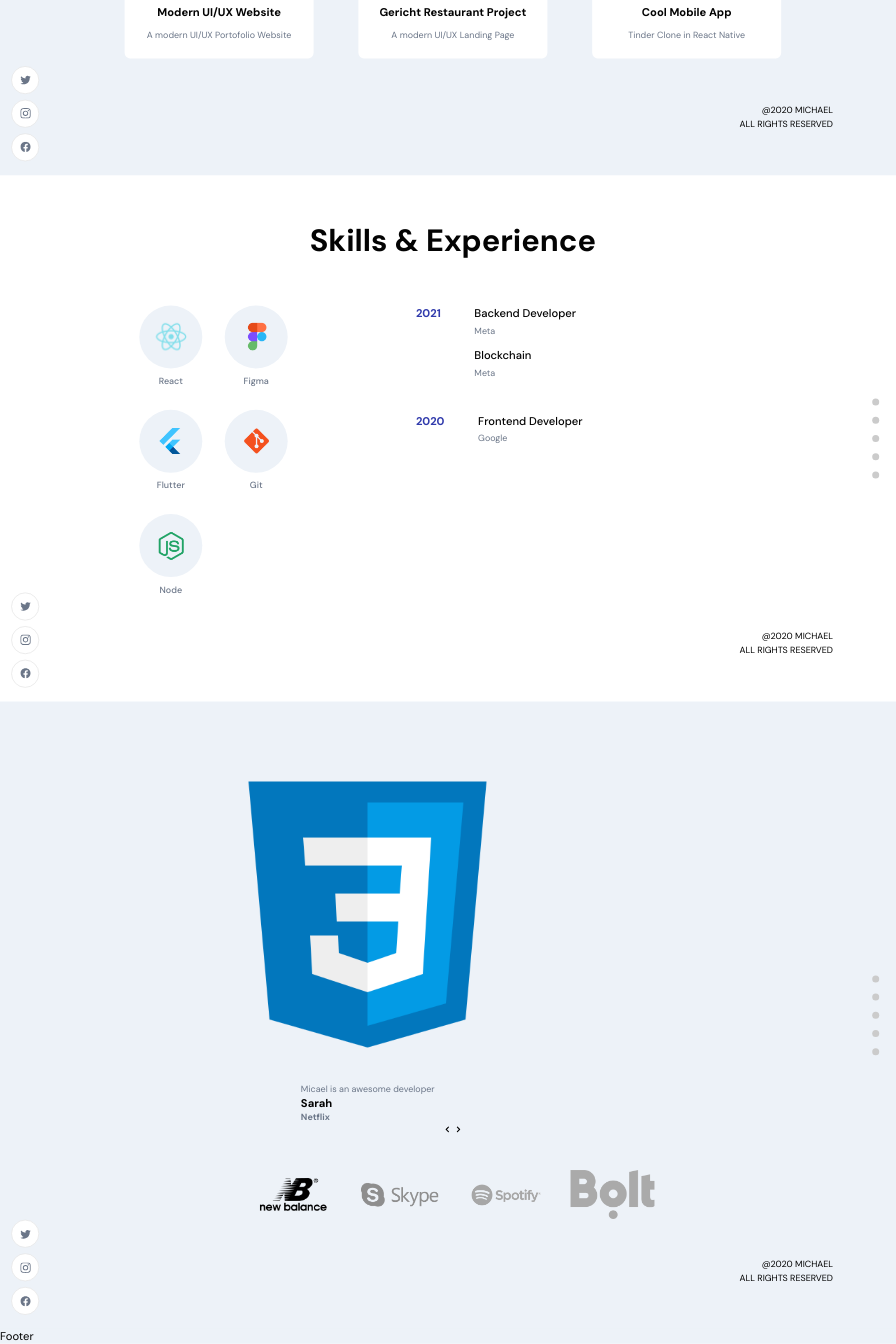
Repository: itbeginswithi/react_jsm_portfolio
Page: /
These files come from the project's save history. The page is drawn as it stood at one moment and after a run of saves; the edit follows.
The browser window is 1280 px wide. The pictures show the part of the page from y = 1988 to 3908 px (the page is 3908 px tall before and 3849 px after), at 70% of full size.
The project was rebuilt for these pictures with package versions that can differ from the ones it lists, and the page was loaded fresh each time. Also part of the build but not shown: src/containers/Footer/Footer.scss.

Above is the page before, as saved 2022-04-05 09:04:54.

### src/index.js
import React from 'react';
import {createRoot} from 'react-dom/client'

import './index.css';
import App from './App';

const container = document.getElementById('root');
const root = createRoot(container);
root.render(<App tab="home" />);

### src/App.jsx
import React from 'react'

import './App.scss'
import {Header, About, Work, Skills, Testimonials, Footer} from './containers'
import {Navbar} from './components'

const App = () => {
  return (
    <div className="app">
      <Navbar/>
      <Header/>
      <About/>
      <Work/>
      <Skills/>
      <Testimonials/>
      <Footer/>
    </div>
  )
}

export default App

### src/containers/About/About.jsx
import React from 'react'
import {motion, MotionValue} from 'framer-motion'

import './About.scss'
import { AppWrapper, MotionWrap } from '../../wrapper'
import {images} from '../../constants'

const abouts = [
  {
    title: 'Web Development',
    description: 'I am a good web developer',
    imgUrl: images.about01
  },
  {
    title: 'Frontend Development',
    description: 'I am good at developing the web',
    imgUrl: images.about02
  },
  {
    title: 'Backend Development',
    description: 'I am good at developing the web',
    imgUrl: images.about03
  },
  {
    title: 'Mern Stack',
    description: 'I am good at developing the web',
    imgUrl: images.about04
  },
]

const About = () => {
  return (
    <>
      <h2 className="head-text">
        I know That <span>Good Apps</span> <br/> means <span>Good Business</span>
      </h2>

      <div className="app__profiles">
        {abouts.map((about, index) => (
          <motion.div
            whileInView={{opacity: 1}}
            whileHover={{scale: 1.1}}
            transition={{duration: 0.5, type: 'tween'}}
            className="app__profile-item"
            key={about.title + index}
          >
            <img src={about.imgUrl} alt={about.title}/>
            <h2 className="bold-text" style={{marginTop: 20}}>{about.title}</h2>
            <p className="p-text" style={{marginTop: 10}}>{about.description}</p>
          </motion.div>
        ))}
      </div>
    </>
  )
}

export default AppWrapper(
  MotionWrap(About, 'app__about'),
  'about',
  'app__whitebg'
)

### src/containers/Footer/Footer.jsx
import React from 'react'

import './Footer.scss'

const Footer = () => {
  return (
    <div>Footer</div>
  )
}

export default Footer

### src/containers/Header/Header.jsx
import React from 'react'
import { motion } from 'framer-motion'

import './Header.scss'
import { AppWrapper } from '../../wrapper'
import {images} from '../../constants'

const scaleVariants = {
  whileInView: {
    scale: [0, 1],
    opacity: [0, 1],
    transition: {
      duration: 1,
      ease: 'easeInOut'
    }
  }
}

const Header = () => {
  return (
    <div className="app__header app__flex">
      <motion.div
        whileInView={{x: [-100, 0], opacity: [0, 1]}}
        transition={{duration: 0.5}}
        className="app_header-info"
      >
        <div className="app__header-badge">
          <div className="badge-cmp app__flex">
            <span>👋</span>
            <div style={{marginLeft: 20}}>
              <p className="p__text">Hello, I am</p>
              <h1 className="head-text">Micael</h1>
            </div>
          </div>
          <div className="tag-cmp app__flex">
            <p className="p__text">Web Developer</p>
            <p className="p__text">Freelancer</p>
          </div>
        </div>
      </motion.div>
      <motion.div
        whileInView={{opacity: [0,1]}}
        transition={{duration: 0.5, delayChildren: 0.5}}
        className="app__header-img"
      >
        <img src={images.profile} alt="profile_bg" />
        <motion.img
          whileInView={{scale: [0,1]}}
          transition={{duration: 0.5, delayChildren: 0.5}}
          src={images.circle}
          alt="overlay_circle"
          className="overlay_circle"
          draggable="false"
        />
      </motion.div>
      <motion.div
        variant={scaleVariants}
        whileInView={scaleVariants.whileInView}
        className="app__header-circles"
      >
        {[images.flutter, images.redux, images.sass].map((circle, i) => (
          <div className="circle-cmp app__flex" key={`circle-${i}`}>
            <img src={circle} alt="circle"/>
          </div>
        )) }
      </motion.div>
    </div>
  )
}

export default AppWrapper(Header, 'home')

### src/containers/Testimonials/Testimonials.jsx
import React, { useState } from 'react'
import { motion } from "framer-motion";
import {HiChevronLeft, HiChevronRight} from 'react-icons/hi'

import './Testimonial.scss'
import { AppWrapper, MotionWrap } from "../../wrapper";
import { images } from "../../constants";

const brands = [
  {
    name: 'New Balance',
    imgUrl: images.nb
  },
  {
    name: 'Skype',
    imgUrl: images.skype
  },
  {
    name: 'Spotify',
    imgUrl: images.spotify
  },
  {
    name: 'Bolt',
    imgUrl: images.bolt
  },
];
const testimonials = [
  {
    name: 'Sarah',
    company: 'Netflix',
    imgUrl: images.css,
    feedback: 'Micael is an awesome developer'
  },
  {
    name: 'Michael',
    company: 'Google',
    imgUrl: images.html,
    feedback: 'Great job, would recommend!'
  },
];

const Testimonials = () => {
  const [currentIndex, setCurrentIndex] = useState(0)
  const test = testimonials[currentIndex];

  const handleClick = (index) => {
    setCurrentIndex(index);
  }

  return (
    <>
      {testimonials.length && (
        <>
          <div className="app__testimonial-item app__flex">
            <img src={test.imgUrl} alt="testimonials"/>
            <div className="app__testimonial-content">
              <p className="p-text">
                {test.feedback}
              </p>
              <div>
                <h4 className="bold-text">{test.name}</h4>
                <h5 className="p-text">{test.company}</h5>
              </div>
            </div>
          </div>
          <div className="app__testimonial-btns app__flex">
            <div className="app__flex" onClick={() => handleClick(currentIndex  === 0 ? testimonials.length -1 : currentIndex - 1)}>
              <HiChevronLeft/>
            </div>
            <div className="app__flex" onClick={() => handleClick(currentIndex  === testimonials.length -1 ? 0 : currentIndex + 1 )}>
              <HiChevronRight/>
            </div>
          </div>
        </>
      )}

      <div className="app__testimonial-brands app__flex">
        {
          brands.map((brand) => (
            <motion.div
              whileInView={{opacity: [0, 1]}}
              transition={{duration: 0.5, type: 'tween'}}
              key={brand.id}
            >
              <img src={brand.imgUrl} alt={brand.name} />
            </motion.div>
          ))
        }
      </div>
    </>
  )
}

export default AppWrapper(MotionWrap(Testimonials, 'app__testimonial'), 'testimonials', 'app__primarybg')

### src/components/Navbar/Navbar.jsx
import React, { useState } from "react";
import { Link } from "react-scroll";

import "./Navbar.scss";
import { HiMenuAlt4, HiX } from "react-icons/hi";
import { motion } from "framer-motion";
import { images } from "../../constants";

const Navbar = () => {
  const [toggle, setToggle] = useState(false);

  return (
    <nav className="app__navbar">
      <div className="app__navbar-logo">
        <img src={images.logo} alt="logo" />
      </div>
      <ul className="app__navbar-links">
        {["home", "about", "contact", "work", "skills"].map(
          (item, i) => (
            <li key={i} className="app__flex p-text">
              <div />
              <Link
                to={item}
                spy={true}
                // smooth={true}
                // hashSpy={true}
                // offset={50}
                duration={500}
                // delay={500}
                isDynamic={true}
                activeClass="activeLink"
              >
                {item}
              </Link>
            </li>
          )
        )}
      </ul>
      <div className="app__navbar-menu">
        <HiMenuAlt4 onClick={() => setToggle(true)} />
        {toggle && (
          <motion.div
            whileInView={{ x: [300, 0] }}
            transition={{ duration: 0.85, ease: "easeOut" }}
          >
            <HiX onClick={() => setToggle(false)} />
            <ul className="app__navbar-links">
            {["home", "about", "contact", "work", "skills"].map(
              (item) => (
                <li key={`link-${item}`} className="app__flex p-text">
                  <Link
                    to={item}
                    // spy={true}
                    // smooth={true}
                    // hashSpy={true}
                    // offset={50}
                    duration={500}
                    isDynamic={true}
                    activeClass="activeLink"
                    onClick={() => setToggle(false)}
                  >
                    {item}
                  </Link>
                </li>
              )
            )}
            </ul>
          </motion.div>
        )}
      </div>
    </nav>
  );
};

export default Navbar;

### src/components/SocialMedia.jsx
import React from 'react'
import {BsTwitter, BsInstagram} from 'react-icons/bs'
import {FaFacebook} from 'react-icons/fa'

const socialMedia = () => {
  return (
    <div className="app__social">
        <div>
            <BsTwitter/>
        </div>
        <div>
            <BsInstagram/>
        </div>
        <div>
            <FaFacebook/>
        </div>
    </div>
  )
}

export default socialMedia

### src/components/NavigationDots.jsx
import React from 'react'
import {Link} from 'react-scroll'

const NavigationDots = ({active}) => {
  return (
    <div className="app__navigation">

        {
            ["home", "about", "contact", "work", "skills"].map((item, i) => (
                    <Link
                        key={i}
                        to={item}
                        duration={500}
                        isDynamic={true}
                        activeClass="activeLink"
                        className="app__navigation-dot"
                        style={active === true ? {backgroundColor: '#313BAC'} : {}}
                    />
            ))
        }
    </div>
  )
}

export default NavigationDots

### src/containers/About/About.scss
#about{
    padding-top: 2rem;
}

.app__about{
    flex: 1;
    width: 100%;
    flex-direction: column;
}

.app__profiles{
    display: flex;
    justify-content: center;
    align-items: flex-start;
    flex-wrap: wrap;
    align-content: flex-start;
    margin-top: 2rem;
    gap: 2rem;
}

.app__profile-item{
    width: 190px;
    display: flex;
    justify-content: flex-start;
    align-items: flex-start;
    flex-direction: column;

    img{
        width: 100%;
        height: 170px;
        border-radius: 15px;
        object-fit: cover;
    }

    @media (min-width: 2000px){
        width: 370px;
        margin: 2rem 4rem;

        img{
            height: 320px;

        }
    }
}

### src/containers/Work/Work.scss
.app__works {
  flex: 1;
  width: 100%;
  flex-direction: column;
}

.app__work-filter {
  display: flex;
  flex-direction: row;
  justify-content: center;
  align-items: center;
  flex-wrap: wrap;
  gap: 0.5rem;

  margin: 4rem 0 2rem;

  .app__work-filter-item {
    padding: 0.5rem 1rem;
    border-radius: 0.5rem;
    background-color: #fff;
    color: #000;
    font-weight: 800;
    transition: all 0.3s ease;
    cursor: pointer;

    &:hover {
      background-color: var(--secondary-color);
      color: #fff;
    }

    @media screen and (min-width: 2000px) {
      padding: 1rem 2rem;
      border-radius: 0.85rem;
    }
  }

  .item-active {
    background-color: var(--secondary-color);
    color: #fff;
  }
}

.app__work-portfolio {
  display: flex;
  flex-wrap: wrap;
  justify-content: center;
  align-items: center;

  .app__work-item {
    width: 270px;
    flex-direction: column;
    margin: 2rem;
    padding: 1rem;
    border-radius: 0.5rem;
    background-color: #fff;
    color: #000;
    cursor: pointer;
    transition: all 0.3s ease;

    &:hover {
      box-shadow: 0 0 25px rgba(0, 0, 0, 0.2);
    }

    @media screen and (min-width: 2000px) {
      width: 470px;
      padding: 1.25rem;
      border-radius: 0.75rem;
    }

    @media screen and (max-width: 300px) {
      width: 100%;
      margin: 1rem;
    }
  }
}

.app__work-img {
  width: 100%;
  height: 230px;
  position: relative;
  border-radius: 0.5rem;
  overflow: hidden;

  img {
    height: 100%;
    width: 100%;
    object-fit: cover;
  }

  @media screen and (min-width: 2000px) {
    height: 350px;
  }
}

.app__work-hover {
  position: absolute;
  top: 0;
  bottom: 0;
  right: 0;
  left: 0;
  background-color: rgba(0, 0, 0, 0.5);

  opacity: 0;
  transition: all 0.3s ease;

  div {
    width: 50px;
    height: 50px;
    border-radius: 50%;
    background-color: rgba(0, 0, 0, 0.5);
    color: #fff;

    margin: 1rem;
    font-family: var(--font-base);
    font-weight: 800;
    transition: all .3s ease;

    svg{
        height: 50%;
        width: 50%;
        color: var(--white-color);
    }
  }
}

.app__work-content{
    padding: 0.5rem;
    width: 100%;
    position: relative;
    flex-direction: column;

    h4{
        margin-top: 1rem;
        line-height: 1.5;
    }

    .app__work-tag{
        position: absolute;
        padding: 0.5rem;
        border-radius: 10px;
        background-color: #fff;
        top: -25px;
    }
}

### src/containers/Skills/Skills.scss
.app__skills {
  flex: 1;
  width: 100%;
  flex-direction: column;
}

.app__skills-container {
  width: 80%;
  margin-top: 3rem;

  display: flex;
  flex-direction: row;
  gap: 5rem;

  @media screen and (max-width: 900px) {
    width: 100%;
    flex-direction: column;
  }
}

.app__skills-list {
  flex: 1;
  display: flex;
  flex-wrap: wrap;
  justify-content: flex-start;
  align-items: flex-start;

  @media screen and (max-width: 900px) {
    margin-right: 0;
    justify-content: center;
    align-items: center;
  }
}

.app__skills-item {
  flex-direction: column;
  text-align: center;
  margin: 1rem;
  transition: all 0.3s ease-in-out;

  div {
    width: 90px;
    height: 90px;
    border-radius: 50%;
    background-color: #fff;

    img {
      width: 50%;
      height: 50%;
      object-fit: cover;
    }

    &:hover {
      box-shadow: 0 0 25px #fef4f5;
    }

    @media screen and (min-width: 2000px) {
      width: 150px;
      height: 150px;
    }

    @media screen and (max-width: 900px) {
      width: 70px;
      height: 70px;
    }
  }

  p {
    font-weight: 500;
    margin-top: 0.5rem;
  }

  @media screen and (min-width: 2000px) {
    margin: 1rem 2rem;

    p {
      margin-top: 1rem;
    }
  }
}

.app__skills-exp {
  flex: 1;
  display: flex;
  justify-content: flex-start;
  align-items: flex-start;
  flex-direction: column;

  @media screen and (max-width: 900px) {
    margin-top: 2rem;
  }
}

.app__skills-exp-item {
  width: 100%;
  display: flex;
  flex-direction: row;
  justify-content: flex-start;
  align-items: flex-start;
  margin: 1rem 0;
}

.app__skills-exp-works {
  flex: 1;

  .app__skills-exp-work {
    display: flex;
    flex-direction: column;
    justify-content: flex-start;
    align-items: flex-start;
    margin-bottom: 1rem;
    cursor: pointer;

    h4 {
      font-weight: 500;
    }

    p {
      font-weight: 400;
      color: var(--gray-color);
      margin-top: 5px;
    }
  }
}

.app__skills-exp-year {
  margin-right: 3rem;

  p {
    font-weight: 800;
    color: var(--secondary-color);
  }

  @media screen and (max-width: 450px) {
    margin-right: 1rem;
  }
}

.skills-tooltip {
  max-width: 300px !important;
  background-color: var(--white-color) !important;
  box-shadow: 0 0 25px rgba(0, 0, 0, 0.1) !important;
  border-radius: 5px !important;
  padding: 1rem !important;
  color: var(--gray-color) !important;
  text-align: center !important;
  line-height: 1.5 !important;
  opacity: 1 !important;

  &::after {
    bottom: -7px !important;
    border-top-color: var(--white-color) !important;
    box-shadow: 0 0 25px rgba(0, 0, 0, 0.1) !important;
  }

  @media screen and (min-width: 2000px) {
    font-size: 1.75rem !important;
    max-width: 500px !important;
    line-height: 2 !important;
  }
}

### src/containers/Testimonials/Testimonial.scss
.app__testimonial{
    flex: 1;
    width: 100%;
    flex-direction: column;
}

.app__testimonial-item{
    width: 60%;
    min-height: 320px;
    flex-direction: column;
}

.app__testimonial-brands{
    width: 80%;
    flex-wrap: wrap;
    margin-top: 2rem;

    div{
        width: 150px;
        margin: 1.5rem;

        img{
            width: 100%;
            height: auto;
            object-fit: cover;
            filter: grayscale(1);
        }

        &:hover{
            img{
                filter: grayscale(0);
            }
        }

        @media screen and (min-width: 2000px){
            width: 210px;
            margin: 2rem;
        }

        @media screen and (min-width: 450px){
            width: 120px;
            margin: 1rem;
        }
    }

    @media screen and (min-width: 800px){
        width: 100%;
    }
}

### src/components/Navbar/Navbar.scss
.app__navbar {
  width: 100%;
  display: flex;
  justify-content: space-between;
  align-items: center;

  padding: 1rem 2rem;
  backdrop-filter: blur(4px);
  -webkit-backdrop-filter: blur(4px);
  border: 1px solid rgba(255, 255, 255, 0.18);
  position: fixed;
  z-index: 2;
}

.app-container-logo {
  display: flex;
  justify-content: center;
  align-items: center;

  & img {
    width: 90px;
    height: 20px;

    @media screen and (min-width: 2000px) {
      width: 180px;
      height: 40px;
    }
  }
}

.activeLink {
  color: var(--secondary-color);
}

.app__navbar-links {
  flex: 1;
  display: flex;
  justify-content: center;
  align-items: center;
  gap: 1rem;

  & li {
    cursor: pointer;
    flex-direction: column;

    & div {
      width: 5px;
      height: 5px;
      background: transparent;
      border-radius: 50%;
      margin-bottom: 5px;
    }

    a {
      color: var(--gray-color);
      text-decoration: none;
      flex-direction: column;

      text-transform: uppercase;
      font-weight: 500;

      transition: all 0.3s ease-in-out;

      &:hover {
        color: var(--secondary-color);
      }
    }

    &:hover {
      div {
        background-color: var(--brown-color);
      }
    }
  }

  @media screen and (max-width: 900px) {
    display: none;
  }
}

.app__navbar-menu {
  width: 35px;
  height: 35px;
  border-radius: 50%;
  position: relative;

  display: flex;
  justify-content: center;
  align-items: center;
  background: var(--secondary-color);

  svg {
    width: 70%;
    height: 70%;
    color: var(--white-color);
  }

  div {
    position: fixed;
    top: 0;
    bottom: 0;
    right: 0;
    z-index: 5;

    padding: 1rem;
    width: 80%;
    height: 100vh;

    display: flex;
    flex-direction: column;
    align-items: flex-end;
    justify-content: flex-end;

    background-image: url("../../assets/bgWhite.png");
    background-color: var(--white-color);
    background-size: cover;
    background-repeat: repeat;

    box-shadow: 0 0 20px rgba(168, 168, 168, 0.15);

    svg {
      color: var(--secondary-color);
      width: 35px;
      height: 35px;
      margin: 0.5rem 1rem;
    }

    ul {
      list-style: none;
      margin: 0;
      padding: 0;
      height: 100%;
      width: 100%;

      display: flex;
      justify-content: flex-start;
      align-items: flex-start;
      flex-direction: column;

      li {
        cursor: pointer;
      }
    }

    @media screen and (min-width: 900px) {
        display: none;
    }
  }

  @media screen and (min-width: 900px) {
    display: none;
  }
}

### src/wrapper/AppWrapper.jsx
import React from 'react';
import { NavigationDots, SocialMedia } from '../components';

const AppWrap = (Component, idName, classNames) => function HOC() {
  return (
    <div id={idName} className={`app__container ${classNames}`}>
      <SocialMedia />
      <div className="app__wrapper app__flex">
        <Component />

        <div className="copyright">
          <p className="p-text">@2020 MICHAEL</p>
          <p className="p-text">All rights reserved</p>
        </div>
      </div>
      <NavigationDots active={idName} />
    </div>
  );
};

export default AppWrap;

### src/wrapper/MotionWrap.jsx
import React from 'react'
import { motion } from 'framer-motion'

const MotionWrap = (Component, classNames) => function HOC() {
  return (
    <motion.div
        whileInView={{opacity: [0,0,1], y: [100, 50, 0]}}
        transition={{duration: 0.5}}
        clclassName={`${classNames} app__flex`}
    >
        <Component/>
    </motion.div>
  )
}

export default MotionWrap

Loaded but not shown: src/index.css (common file); src/constants/index.js (common file); src/constants/images.js (72 lines, source omitted); src/containers/index.js (6 lines, source omitted); src/components/index.js (3 lines, source omitted); src/wrapper/index.js (2 lines, source omitted); src/containers/Work/Work.jsx (122 lines, source omitted); src/containers/Skills/Skills.jsx (135 lines, source omitted); src/containers/Header/Header.scss (190 lines, source omitted); src/App.scss (188 lines, source omitted)

After the next 5 saves:
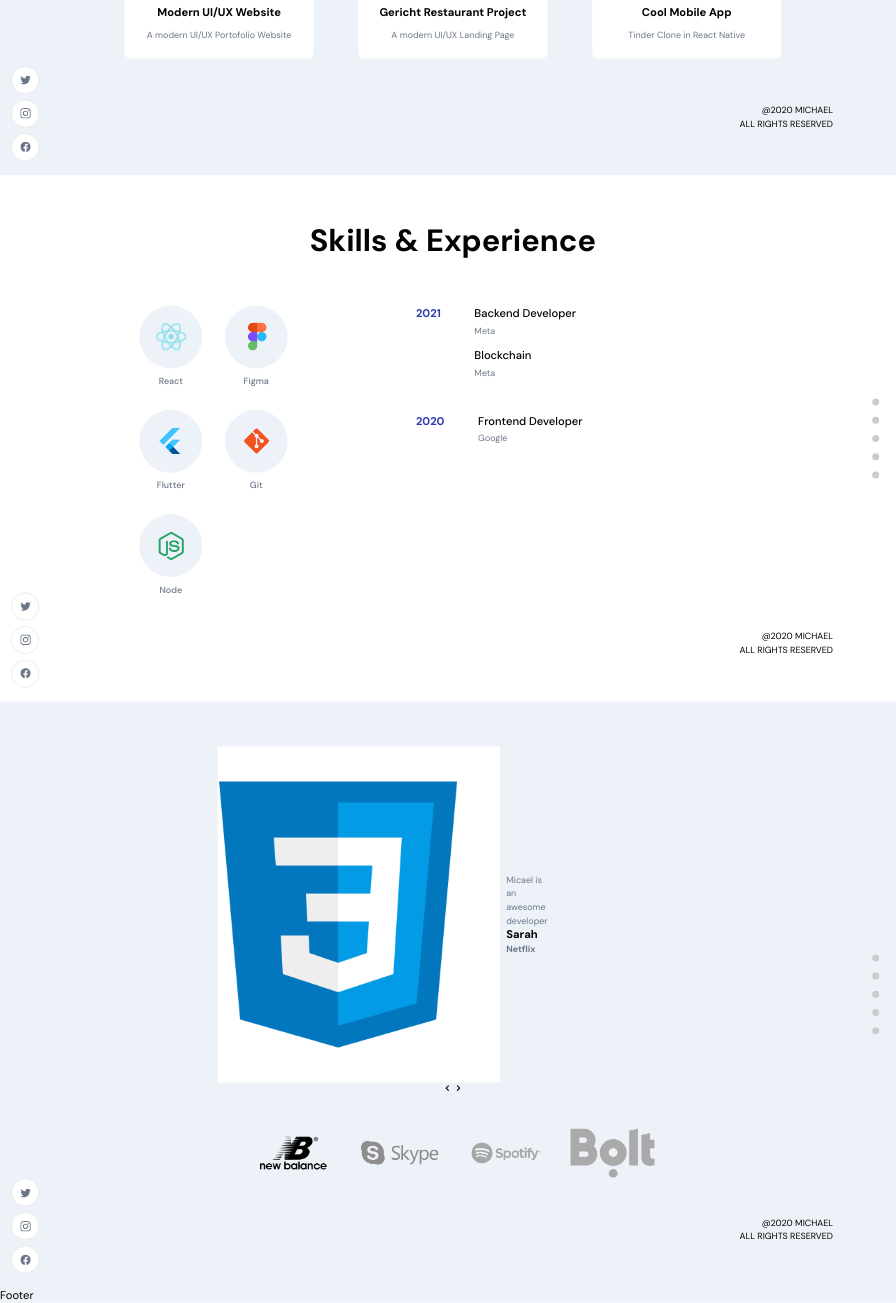
The 5 saves are shown as one change because 1 did not build or start and some came seconds apart.
The last was saved 17 s later.
--- a/src/containers/Testimonials/Testimonial.scss
+++ b/src/containers/Testimonials/Testimonial.scss
@@ -7,7 +7,8 @@
 .app__testimonial-item{
     width: 60%;
     min-height: 320px;
-    flex-direction: column;
+    background-color: var(--white-color);
+
 }
 
 .app__testimonial-brands{
